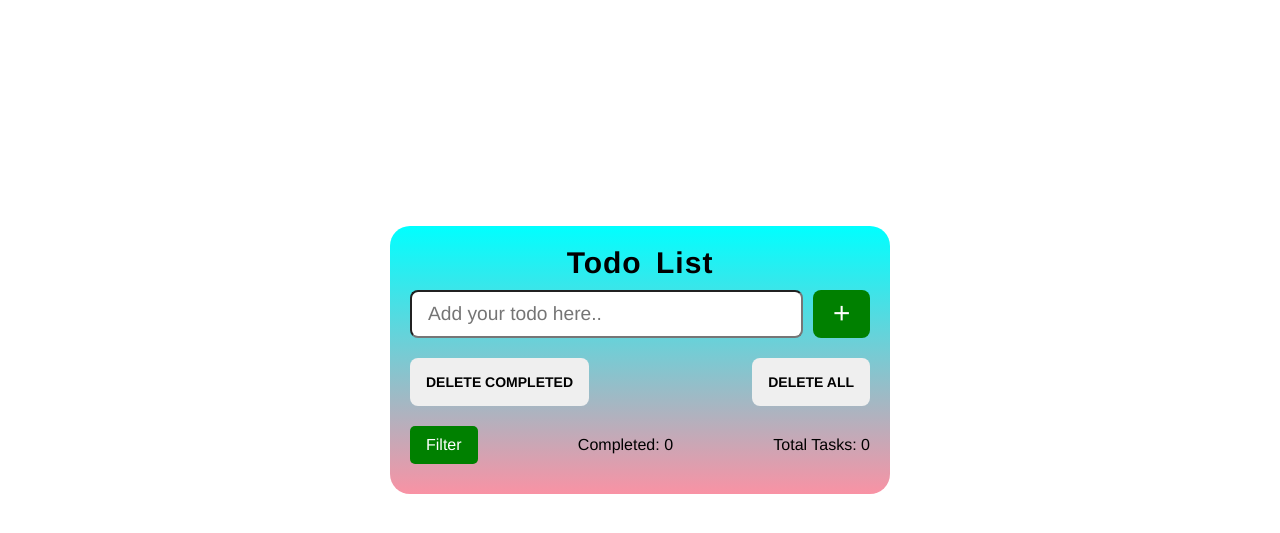
Repository: purnimapatel/to-do-list-CN-SkillTest-Assignment
Page: index.html
The author's editor kept a copy of each file at every save. The page is drawn from the files as they stood at one save, then again after the next save.
The browser window is 1280 px wide. The pictures show the whole page.

Above is the page before, as saved 2024-06-02 14:08:38.

After the next save:
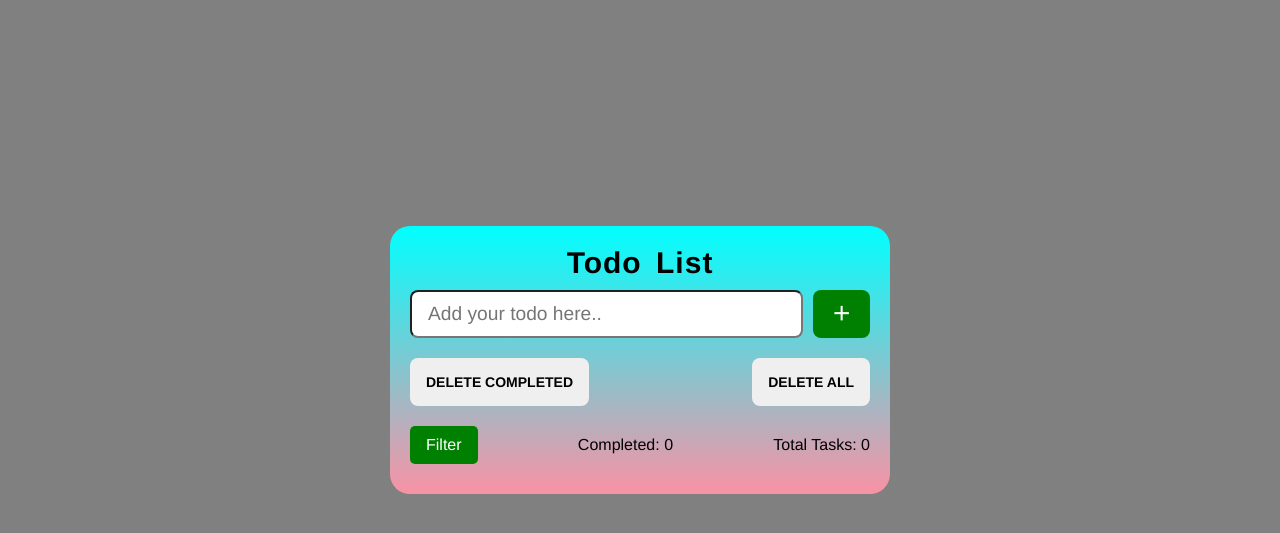
Saved 6 s later.
--- a/style.css
+++ b/style.css
@@ -19,7 +19,7 @@ body{
     display: flex;
     justify-content: center;
     align-items: center;
-    background-color: grey(4, 4, 35);
+    background-color: grey;
 }
 
 
